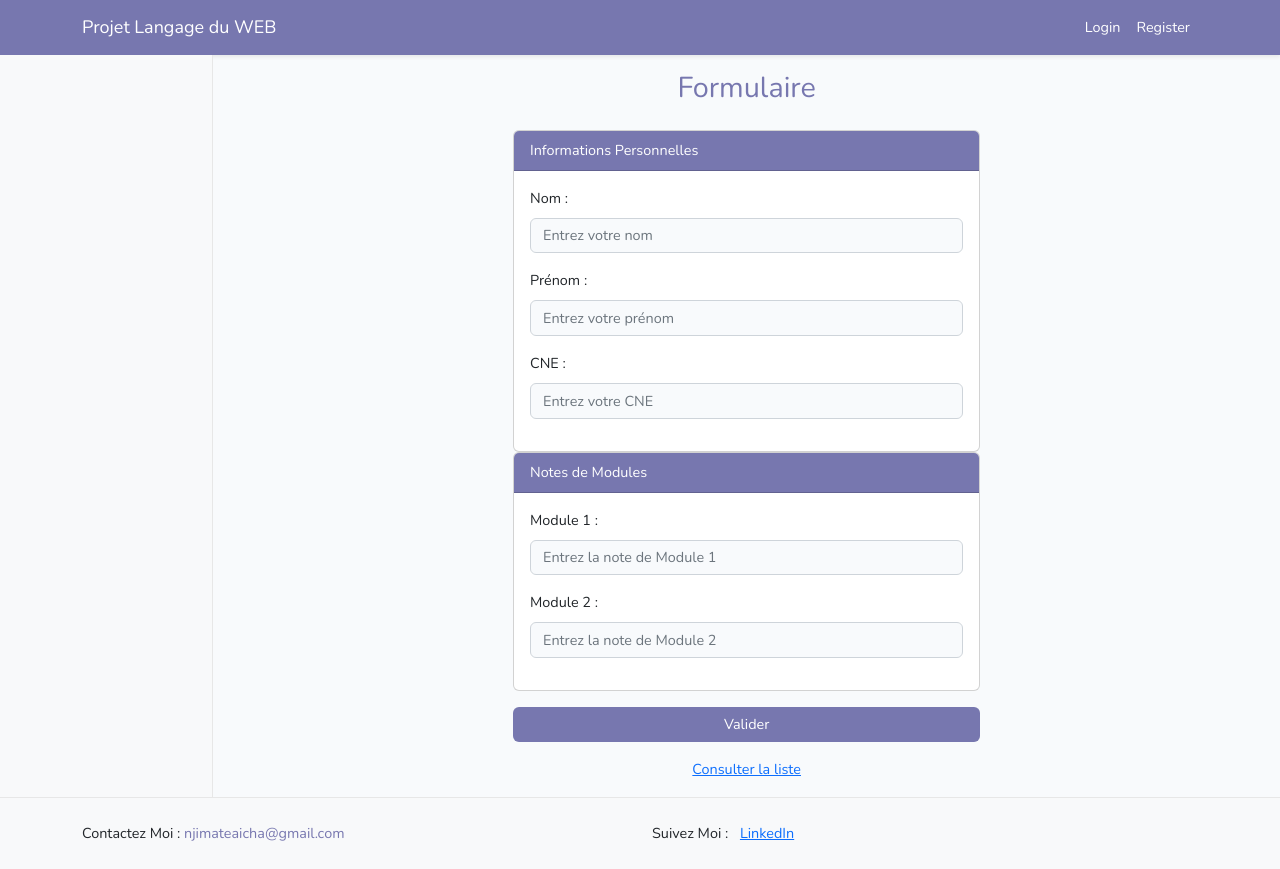
Repository: NjimateAicha/LaravelWeb
Page: http://localhost/etudiant/create
An editor plug-in stored every save of this project. The page is shown before and after a run of saves, followed by the edit.
The browser window is 1280 px wide. The pictures show the whole page.
Some web libraries are served in a nearby version. The page is served by the project's Laravel application, run on PHP 8.4 with Laravel 9. Other server files are loaded and not shown. Style sheets and scripts are compiled from the project's sources, by tool versions that may differ from the author's.

Above is the page before, as saved 2024-05-19 18:01:13.

### routes/web.php
<?php

use App\Http\Controllers\AproposDeMoiController;
use App\Http\Controllers\ChartsController;
use App\Http\Controllers\EtudiantController;
use App\Http\Controllers\formulairesController;
use App\Http\Controllers\ImageController;
use App\Http\Controllers\JsController;
use App\Http\Controllers\MapController;
use App\Http\Controllers\MatriceController;
use App\Http\Controllers\PhpController;
use App\Http\Controllers\ProjetController;
use App\Http\Controllers\QuizController;
use Illuminate\Support\Facades\Auth;
use Illuminate\Support\Facades\Route;

/*
|--------------------------------------------------------------------------
| Web Routes
|--------------------------------------------------------------------------
|
| Here is where you can register web routes for your application. These
| routes are loaded by the RouteServiceProvider within a group which
| contains the "web" middleware group. Now create something great!
|
*/

Route::get('/', function () {
    return view('auth.login');
});


Auth::routes();

Route::get('/home', [App\Http\Controllers\HomeController::class, 'index'])->name('home');

Route::get('/projets', [ProjetController::class, 'index'])->name('projets.index');
Route::get('/aproposDeMoi', [AproposDeMoiController::class, 'index'])->name('aProposDeMoi.index');


/* CRUD Student */
Route::resource('/etudiant' ,EtudiantController::class );
/* CRUD image */
Route::resource('/image' ,ImageController::class );
/* CRUD Maps */
Route::resource('/map' ,MapController::class );
/* CRUD Charts */
Route::resource('/charts' ,ChartsController::class );
/* Matrice */
Route::resource('/matrice' ,MatriceController::class );
/* quiz */
Route::resource('/Quiz' ,QuizController::class );
Route::get('/quiz/javascript', [QuizController::class, 'javascriptQuiz'])->name('quiz.javascript');
Route::post('/quiz/calculateJS', [QuizController::class, 'calculateScoreJS'])->name('quiz.calculateJS');
Route::get('/quiz/php', [QuizController::class, 'phpQuiz'])->name('quiz.php');
Route::post('/quiz/calculatePHP', [QuizController::class, 'calculateScorePHP'])->name('quiz.calculatePHP');

### app/Http/Controllers/EtudiantController.php
<?php

namespace App\Http\Controllers;

use App\Models\Etudiant;
use Illuminate\Http\Request;

class EtudiantController extends Controller
{
    /**
     * Display a listing of the resource.
     *
     * @return \Illuminate\Http\Response
     */
    public function index()
    {
        $etudiants = Etudiant::all();
        return view('etudiant.index', ['etudiants' => $etudiants]);
    }

    /**
     * Show the form for creating a new resource.
     *
     * @return \Illuminate\Http\Response
     */
    public function create()
    {
        return view('etudiant.create');
    }

    /**
     * Store a newly created resource in storage.
     *
     * @param  \Illuminate\Http\Request  $request
     * @return \Illuminate\Http\Response
     */
    public function store(Request $request)
    {
        // Validation des données soumises
        $validatedData = $request->validate([
            'nom' => 'required|string|max:255|alpha',
            'prenom' => 'required|string|max:255|alpha',
            'cne' => 'required|string|unique:etudiants,cne|regex:/^[A-Z][0-9]{6}$/',
            'module1' => 'required|numeric|between:0,20',
            'module2' => 'required|numeric|between:0,20',
        ]);

        $latitude = mt_rand(27, 35); // Plage approximative des latitudes du Maroc
        $langitude = mt_rand(-13, -2); // Plage approximative des longitudes du Maroc
        // Création d'un nouvel étudiant avec les données validées
      $etudiant = Etudiant::create([
        'nom' => $validatedData['nom'],
        'prenom' => $validatedData['prenom'],
        'cne' => $validatedData['cne'],
        'note1' => $validatedData['module1'],
        'note2' => $validatedData['module2'],
        'langitude' => $langitude,
        'latitude' => $latitude,
    ]);

        // Redirection avec un message de succès
        return redirect()->route('etudiant.index')->with('success', 'Étudiant enregistré avec succès.');
    }


    /**
     * Display the specified resource.
     *
     * @param  \App\Models\Etudiant  $etudiant
     * @return \Illuminate\Http\Response
     */
    public function show(Etudiant $etudiant)
    {
        //
    }

    /**
     * Show the form for editing the specified resource.
     *
     * @param  \App\Models\Etudiant  $etudiant
     * @return \Illuminate\Http\Response
     */
    public function edit(Etudiant $etudiant)
    {
        return view('etudiant.edit', compact('etudiant'));
    }


    /**
     * Update the specified resource in storage.
     *
     * @param  \Illuminate\Http\Request  $request
     * @param  \App\Models\Etudiant  $etudiant
     * @return \Illuminate\Http\Response
     */
    public function update(Request $request, Etudiant $etudiant)
    {
        // Validation des données reçues du formulaire
        $validatedData = $request->validate([
            'nom' => 'required|string|max:255',
            'prenom' => 'required|string|max:255',
            'cne' => 'required|string|max:255',
            'note1' => 'required|numeric',
            'note2' => 'required|numeric',
        ]);

        // Mise à jour des informations de l'étudiant avec les données validées
        $etudiant->update($validatedData);

        // Redirection vers la page de la liste des étudiants avec un message de succès
        return redirect()->route('etudiant.index')->with('success', 'Étudiant mis à jour avec succès.');
    }



    /**
     * Remove the specified resource from storage.
     *
     * @param  \App\Models\Etudiant  $etudiant
     * @return \Illuminate\Http\Response
     */
    public function destroy(Etudiant $etudiant)
    {
        // Suppression de l'étudiant
        $etudiant->delete();

        // Redirection vers la liste des étudiants avec un message de succès
        return redirect()->route('etudiant.index')->with('success', 'Étudiant supprimé avec succès.');
    }
}

### resources/views/etudiant/create.blade.php
@extends('layouts.app')
@section('content')

<style>

    h2{
        color: #7777af;
    }
    .card-header{
        color: #fff;
        background-color: #7777af;

    }
    .custom-btn {
        color: #fff;
        background-color: #7777af;
        border: none;
    }

    .custom-btn:hover {
        background-color: #555577;
    }
    .card-title{
        color: #7777af;
    }
</style>

    <div class="container mt-3">
        @if ($errors->any())
            <div class="alert alert-danger">
                <ul>
                    @foreach ($errors->all() as $error)
                        <li>{{ $error }}</li>
                    @endforeach
                </ul>
            </div>
        @endif

        <h2 class="text-center mb-4">Formulaire</h2>
        <div class="col-md-6 mx-auto">
            <form action="{{ route('etudiant.store') }}" method="POST">
                @csrf
                <!-- Informations personnelles -->
                <div class="card mb-6">
                    <div class="card-header">Informations Personnelles</div>
                    <div class="card-body">
                        <div class="form-group">
                            <label for="nom">Nom :</label>
                            <input type="text" class="form-control" id="nom" name="nom"
                                placeholder="Entrez votre nom" required>
                        </div>
                        <div class="form-group">
                            <label for="prenom">Prénom :</label>
                            <input type="text" class="form-control" id="prenom" name="prenom"
                                placeholder="Entrez votre prénom" required>
                        </div>
                        <div class="form-group">
                            <label for="cne">CNE :</label>
                            <input type="text" class="form-control" id="cne" name="cne"
                                placeholder="Entrez votre CNE" required>
                        </div>
                    </div>
                </div>
                <!-- Notes de modules -->
                <div class="card mb-3">
                    <div class="card-header">Notes de Modules</div>
                    <div class="card-body">
                        <div class="form-group">
                            <label for="module1">Module 1 :</label>
                            <input type="number" class="form-control" id="module1" name="module1"
                                placeholder="Entrez la note de Module 1" required>
                        </div>
                        <div class="form-group">
                            <label for="module2">Module 2 :</label>
                            <input type="number" class="form-control" id="module2" name="module2"
                                placeholder="Entrez la note de Module 2" required>
                        </div>

                    </div>
                </div>
                <!-- Bouton Valider -->
                <button type="submit" class="btn custom-btn btn-block">Valider</button>
            </form>
            <!-- Lien pour consulter la liste -->
            <p class="text-center mt-3"><a href="{{ route('etudiant.index') }}">Consulter la liste</a></p>
        </div>
    </div>


@endsection

### resources/views/layouts/app.blade.php
<!doctype html>
<html lang="{{ str_replace('_', '-', app()->getLocale()) }}">

<head>
    <meta charset="utf-8">
    <meta name="viewport" content="width=device-width, initial-scale=1">

    <!-- CSRF Token -->
    <meta name="csrf-token" content="{{ csrf_token() }}">

    <title>{{ config('app.name', 'Aicha\'s Portfolio') }}</title>

    <!-- Fonts -->
    <link rel="dns-prefetch" href="//fonts.bunny.net">
    <link href="https://fonts.bunny.net/css?family=Nunito" rel="stylesheet">

    <!-- Styles -->
    <link rel="stylesheet" href="https://maxcdn.bootstrapcdn.com/bootstrap/4.5.2/css/bootstrap.min.css">
    <style>

        body {
            font-family: 'Nunito', sans-serif;
        }
        .navbar {
            background-color: #7777af;
        }
        .navbar-brand, .navbar-nav .nav-link {
            color: white !important;
        }
        .sidebar {
            background-color: #f8f9fa;
            border-right: 1px solid #e7e7e7;
        }
        .sidebar .nav-link {
            color: #7777af;
        }
        .sidebar .nav-link:hover {
            color: #7777af;
        }
        .font-weight-bold {
            font-weight: bold !important;
        }
        footer {
            background-color: #f8f9fa;
            border-top: 1px solid #e7e7e7;
            padding: 10px 0;
        }
        footer p {
            margin: 0;
        }
    </style>
    <!-- Scripts -->
    @vite(['resources/sass/app.scss', 'resources/js/app.js'])
</head>

<body>
    <div id="app">
        <nav class="navbar navbar-expand-md navbar-light shadow-sm">
            <div class="container">
                <a class="navbar-brand" href="{{ url('/') }}">
                    Projet Langage du WEB
                </a>
                <button class="navbar-toggler" type="button" data-toggle="collapse" data-target="#navbarSupportedContent" aria-controls="navbarSupportedContent" aria-expanded="false" aria-label="{{ __('Toggle navigation') }}">
                    <span class="navbar-toggler-icon"></span>
                </button>

                <div class="collapse navbar-collapse" id="navbarSupportedContent">
                    <!-- Left Side Of Navbar -->
                    <ul class="navbar-nav me-auto"></ul>

                    <!-- Right Side Of Navbar -->
                    <ul class="navbar-nav ms-auto">
                        <!-- Authentication Links -->
                        @guest
                            @if (Route::has('login'))
                                <li class="nav-item">
                                    <a class="nav-link" href="{{ route('login') }}">{{ __('Login') }}</a>
                                </li>
                            @endif

                            @if (Route::has('register'))
                                <li class="nav-item">
                                    <a class="nav-link" href="{{ route('register') }}">{{ __('Register') }}</a>
                                </li>
                            @endif
                        @else
                            <li class="nav-item dropdown">
                                <a id="navbarDropdown" class="nav-link dropdown-toggle" href="#" role="button" data-toggle="dropdown" aria-haspopup="true" aria-expanded="false" v-pre>
                                    {{ Auth::user()->name }}
                                </a>

                                <div class="dropdown-menu dropdown-menu-right" aria-labelledby="navbarDropdown">
                                    <a class="dropdown-item" href="{{ route('logout') }}"
                                       onclick="event.preventDefault();
                                                     document.getElementById('logout-form').submit();">
                                        {{ __('Logout') }}
                                    </a>

                                    <form id="logout-form" action="{{ route('logout') }}" method="POST" class="d-none">
                                        @csrf
                                    </form>
                                </div>
                            </li>
                        @endguest
                    </ul>
                </div>
            </div>
        </nav>

        <div class="container-fluid">
            <div class="row">
                <nav class="col-md-2 d-none d-md-block sidebar">
                    <div class="position-sticky pt-3" style="height: 400px">
                        <ul class="nav flex-column">
                            @auth
                                <li class="nav-item">
                                    <a class="nav-link active font-weight-bold" aria-current="page" href="{{ route('aProposDeMoi.index') }}">À propos de moi</a>
                                </li>
                                <li class="nav-item">
                                    <a class="nav-link font-weight-bold" href="{{ route('projets.index') }}">Mes Projets</a>
                                </li>
                            @endauth
                        </ul>
                    </div>
                </nav>
                <main class="col-md-9 ms-sm-auto col-lg-10 px-md-4">
                    @yield('content')
                </main>
            </div>
        </div>

        <footer class="bg-light py-4">
            <div class="container">
                <div class="row justify-content-between">
                    <div class="col-md-6">
                        <p class="d-inline">Contactez Moi : <span style="color: #7777af;">njimateaicha@gmail.com</span></p>
                    </div>
                    <div class="col-md-6">
                        <p class="d-inline-block me-2 mb-0">Suivez Moi :</p>
                        <a href="https://www.linkedin.com/" class="text-blue-500 hover:text-7777af-700 d-inline-block" target="_blank">LinkedIn</a>
                    </div>
                </div>
            </div>
        </footer>
    </div>

    <!-- Bootstrap JS and dependencies -->
    <script src="https://code.jquery.com/jquery-3.5.1.slim.min.js"></script>
    <script src="https://cdn.jsdelivr.net/npm/@popperjs/core@2.5.4/dist/umd/popper.min.js"></script>
    <script src="https://maxcdn.bootstrapcdn.com/bootstrap/4.5.2/js/bootstrap.min.js"></script>
</body>

</html>

Loaded but not shown: app/Http/Controllers/Auth/ConfirmPasswordController.php (common file); app/Http/Controllers/Controller.php (common file); resources/sass/app.scss (common file); resources/sass/_variables.scss (common file)

After the next 2 saves:
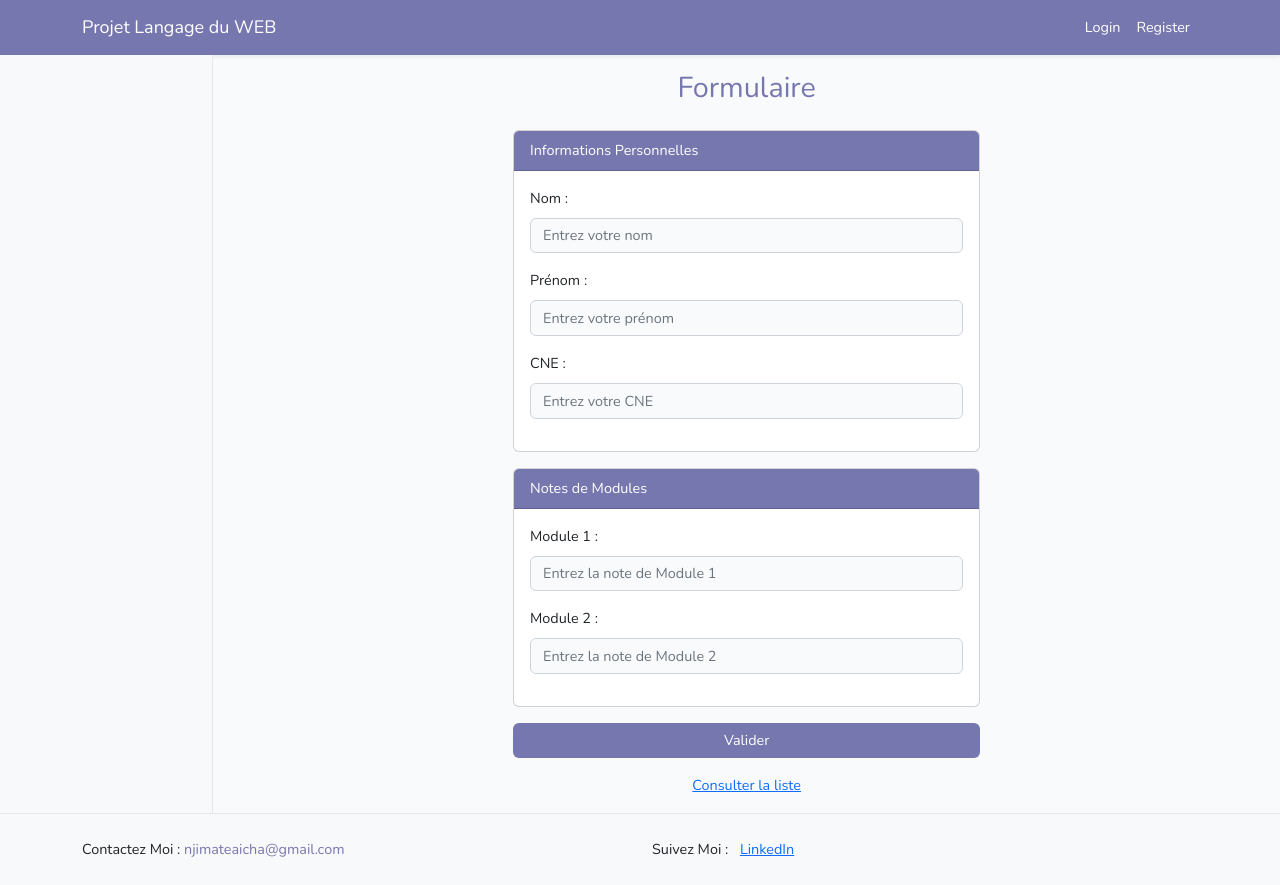
The 2 saves are shown as one change because they came seconds apart.
The last was saved 13 s later.
--- a/resources/views/etudiant/create.blade.php
+++ b/resources/views/etudiant/create.blade.php
@@ -41,7 +41,7 @@
             <form action="{{ route('etudiant.store') }}" method="POST">
                 @csrf
                 <!-- Informations personnelles -->
-                <div class="card mb-6">
+                <div class="card mb-3">
                     <div class="card-header">Informations Personnelles</div>
                     <div class="card-body">
                         <div class="form-group">
